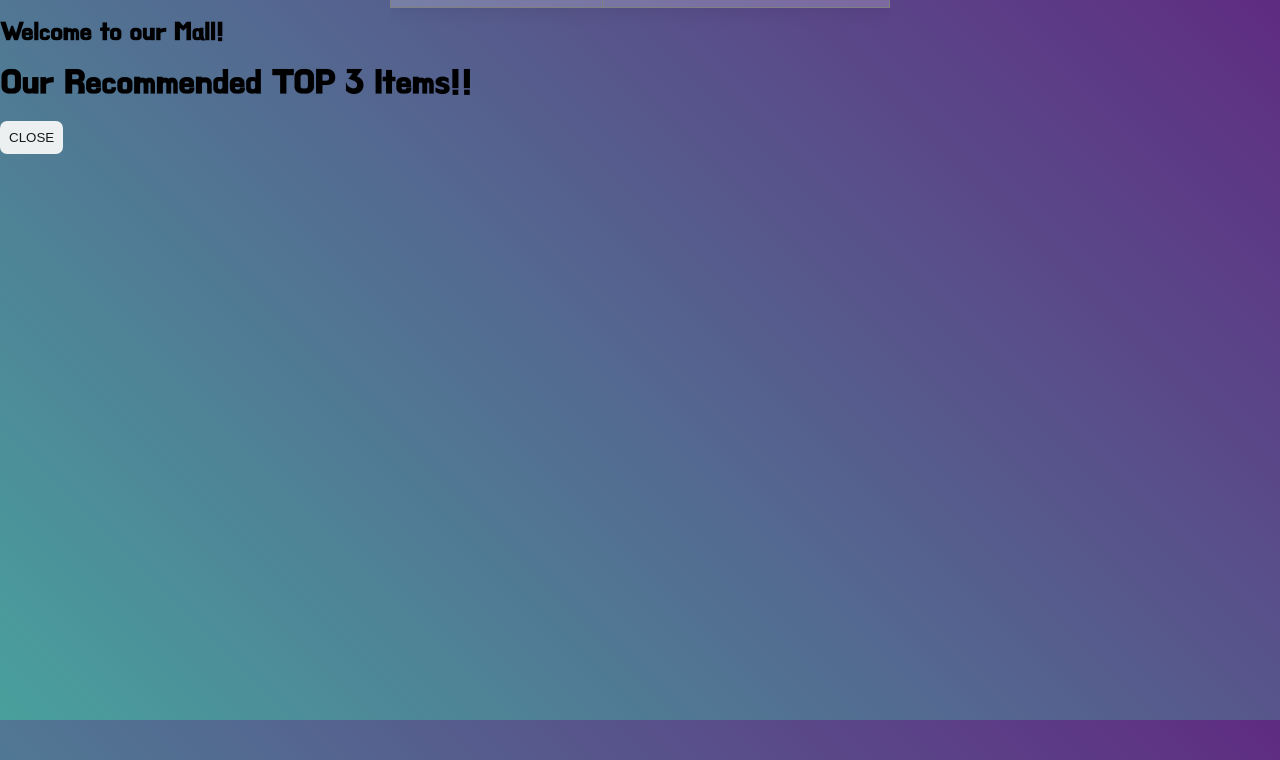
Repository: MIR013/KNU_DB_Project_Team5
Page: http://localhost/Databaase/recommand.jsp
An editor plug-in stored every save of this project. The page is shown before and after the next save, followed by the edit.
The browser window is 1280 px wide. The pictures show the whole page.
The page is served by Tomcat 9. Queries for data that is not in the repository find no rows.

Above is the page before, as saved 2018-11-22 10:29:07.

### dbphase/Databaase/WebContent/recommand.jsp
<%@ page language="java" contentType="text/html; charset=UTF-8"
    pageEncoding="UTF-8"%>
<%@ page language="java" import="java.text.*,java.sql.*" %>
<!DOCTYPE html>
<html>
<head>
<meta charset="UTF-8">
<link rel='stylesheet' type='text/css' href='mystyle.css'>
<title>Insert title here</title>
</head>
<body>
<h2>Welcome to our Mall!</h2>
<%
String serverIP = "localhost";
String dbName = "phase2";
String portNum = "3306";
String url = "jdbc:mysql://" + serverIP + ":" + portNum + "/" + dbName;
String user = "knu";
String pass = "comp322";
Connection conn = null;

Class.forName("com.mysql.jdbc.Driver");
conn = DriverManager.getConnection(url,user,pass);
PreparedStatement pstmt;
ResultSet rs;
ResultSetMetaData rsmd;
int cnt;
String query;
conn.setAutoCommit(false);
%>
<h1>Our Recommended TOP 3 Items!!</h1>
<%
	query="SELECT I.Item_id	FROM ORDERS O, ITEM I WHERE O.Item_id = I.Item_id GROUP BY I.Item_id ORDER BY sum(O.Item_num * I.Relese_unit) DESC LIMIT 3";
	pstmt = conn.prepareStatement(query);
	rs = pstmt.executeQuery();
	out.print("<div class=\"container\"><table border=\"1\"> ");
	out.print("<td>Item ID</td>");
	out.print("<td>Item NAME</td>");
	while(rs.next()){
		out.print("<tr>");
		String iid = rs.getString(1);
		String newQuery = "select Item_id, Item_name from ITEM where Item_id = '"+ iid+"'";
		PreparedStatement pstmt2 = conn.prepareStatement(newQuery);
		ResultSet rs2 = pstmt2.executeQuery();
		while(rs2.next()){
			out.print("<td>"+rs2.getString(1)+"</td>");
			out.print("<td>"+rs2.getString(2)+"</td>");
		}
		out.print("</tr>");


	}
	out.print("</table></div>");

	conn.commit();
	conn.close();
	pstmt.close();

%>
<%
	String nextpage = "<form action=\"main_page.jsp\" method=\"POST\">" +
						"<input type=\"submit\" value=\"CLOSE\"/>" +
						"</form>";
	out.print(nextpage);
%>


</body>
</html>

### dbphase/Databaase/WebContent/mystyle.css


@font-face{
	font-family:"hanna";
	src:url("hanna.ttf")format("truetype");
}




input {
   /* width: 18%;*/
    text-align: center;

    padding: 1ex;
    border: 2px solid #ECF0F1;
    transition: border ease 500ms;
    border-radius: 1ex;
    background: #ECF0F1;
    color: #181818;

    &:focus {
      outline: none;
      border: 2px solid #3498DB;
    }

    &:not(:last-child) {
      margin-bottom: 1ex;
    }
}
button {
   color: white;
   border: 2px solid #3498DB;
   background: #3498DB;
}

html,
body {
	height: 100%;
}


body {
	margin: 0;
	background: linear-gradient(45deg, #49a09d, #5f2c82);
	font-family: hanna;
	font-weight: 100;
}

.container {
	height:800px;
	overflow: auto;
	position: absolute;
	top: 50%;
	left: 50%;
	transform: translate(-50%, -50%);
}

table {
	width: 500px;
	overflow: hidden;
	border-collapse: collapse;
	box-shadow: 0 0 20px rgba(0,0,0,0.1);
}

th,
td {
	white-space:nowrap;
	text-align: center;
	padding: 15px;
	background-color: rgba(255,255,255,0.2);
	color: #fff;
	margin-left: auto; margin-right: auto;
}

th {
	text-align: center;
}

thead {
	th {
		background-color: #55608f;
	}
}

tbody {
	tr {
		&:hover {
			background-color: rgba(255,255,255,0.3);
		}
	}
	td {
		position: relative;
		&:hover {
			&:before {
				content: "";
				position: absolute;
				left: 0;
				right: 0;
				top: -9999px;
				bottom: -9999px;
				background-color: rgba(255,255,255,0.2);
				z-index: -1;
			}
		}
	}
}

After the next save:
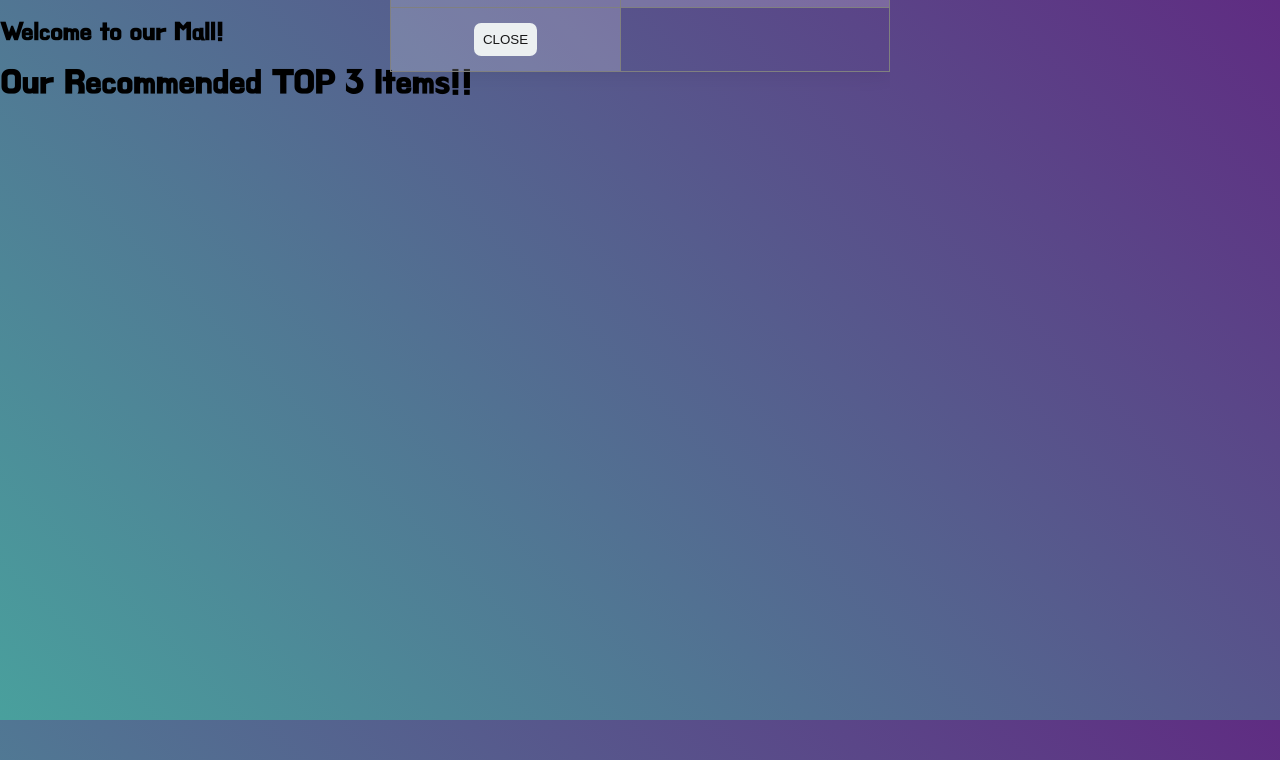
Saved 44 s later.
--- a/dbphase/Databaase/WebContent/recommand.jsp
+++ b/dbphase/Databaase/WebContent/recommand.jsp
@@ -50,7 +50,6 @@ conn.setAutoCommit(false);
 
 
 	}
-	out.print("</table></div>");
 
 	conn.commit();
 	conn.close();
@@ -58,10 +57,12 @@ conn.setAutoCommit(false);
 
 %>
 <%
-	String nextpage = "<form action=\"main_page.jsp\" method=\"POST\">" +
+	String nextpage = "<tr><td><form action=\"main_page.jsp\" method=\"POST\">" +
 						"<input type=\"submit\" value=\"CLOSE\"/>" +
-						"</form>";
+						"</form></td></tr>";
 	out.print(nextpage);
+
+	out.print("</table></div>");
 %>
 
 
